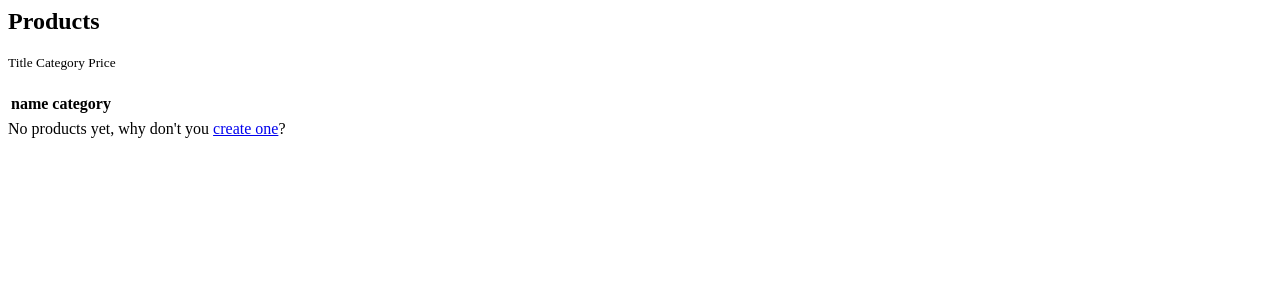
Repository: ssomnoremac/mean
Page: public/modules/products/views/list-product.client.view.html
The author's editor kept a record of every edit. The page is drawn from the files as they stood at one moment, then again after the next edit.
The browser window is 1280 px wide. The pictures show the whole page.

Above is the page before.

### public/modules/products/views/list-product.client.view.html
<section data-ng-controller="ProductsController" data-ng-init="find()">
	<div class="page-header">
		<h1>Products</h1>
	</div>
	<div class="list-group">
		<a data-ng-repeat="product in products" data-ng-href="#!/products/{{product._id}}" class="list-group-item">
			<small class="list-group-item-text">
				Title
				<span data-ng-bind="product.title"></span>
			</small>
			<small class="list-group-item-text">
				Category
				<span data-ng-bind="product._category.title"></span>
			</small>
			<small class="list-group-item-text">
				Price
				<span data-ng-bind="product.pricing.retail"></span>
			</small>
			<h4 class="list-group-item-heading" data-ng-bind="product.title"></h4>
			<p class="list-group-item-text" data-ng-bind="product.content"></p>
		</a>
	</div>

	<table st-table="rowCollection" class="table table-striped">
	<thead>
	<tr>
		<th>name</th>
		<th>category</th>
	</tr>
	</thead>
	<tbody>
	<tr ng-repeat="product in products">
		<td data-ng-bind="product.position"></td>
		<td data-ng-bind="product.title"></td>
		<td data-ng-bind="product.category"></td>
	</tr>

	</tbody>
</table>



	<!-- Below doesn't work -->
	<div class="alert alert-warning text-center" data-ng-if="products.$resolved && !products.length">
		No products yet, why don't you <a href="/#!/products/create">create one</a>?
	</div>
</section>

After the next edit:
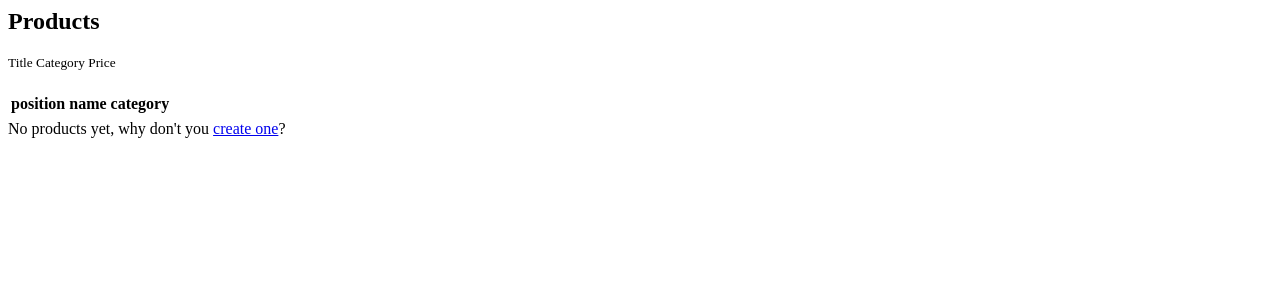
The edit:
--- a/public/modules/products/views/list-product.client.view.html
+++ b/public/modules/products/views/list-product.client.view.html
@@ -24,6 +24,7 @@
 	<table st-table="rowCollection" class="table table-striped">
 	<thead>
 	<tr>
+		<th>position</th>
 		<th>name</th>
 		<th>category</th>
 	</tr>
